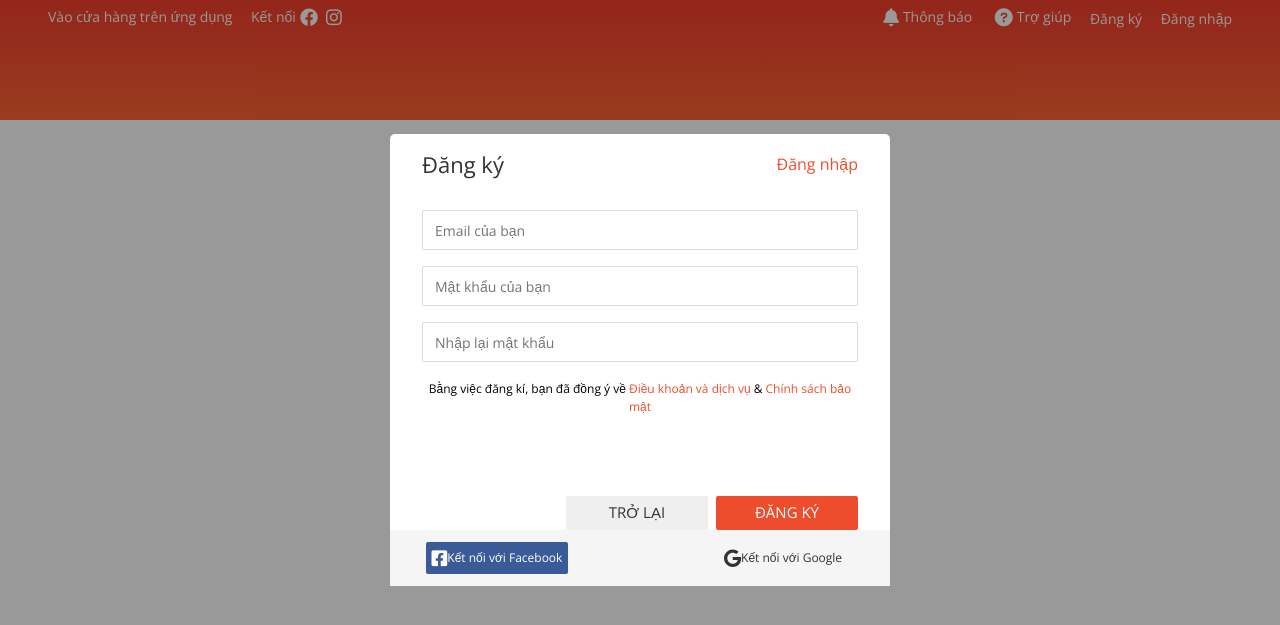
Repository: trongtamdev/Clone-Shopee-Page
Page: index.html
These files come from the project's save history. The page is drawn as it stood at one moment and after the next save; the edit follows.
The browser window is 1280 px wide. The pictures show the whole page.

Above is the page before, as saved 2022-07-08 22:14:19.

After the next save:
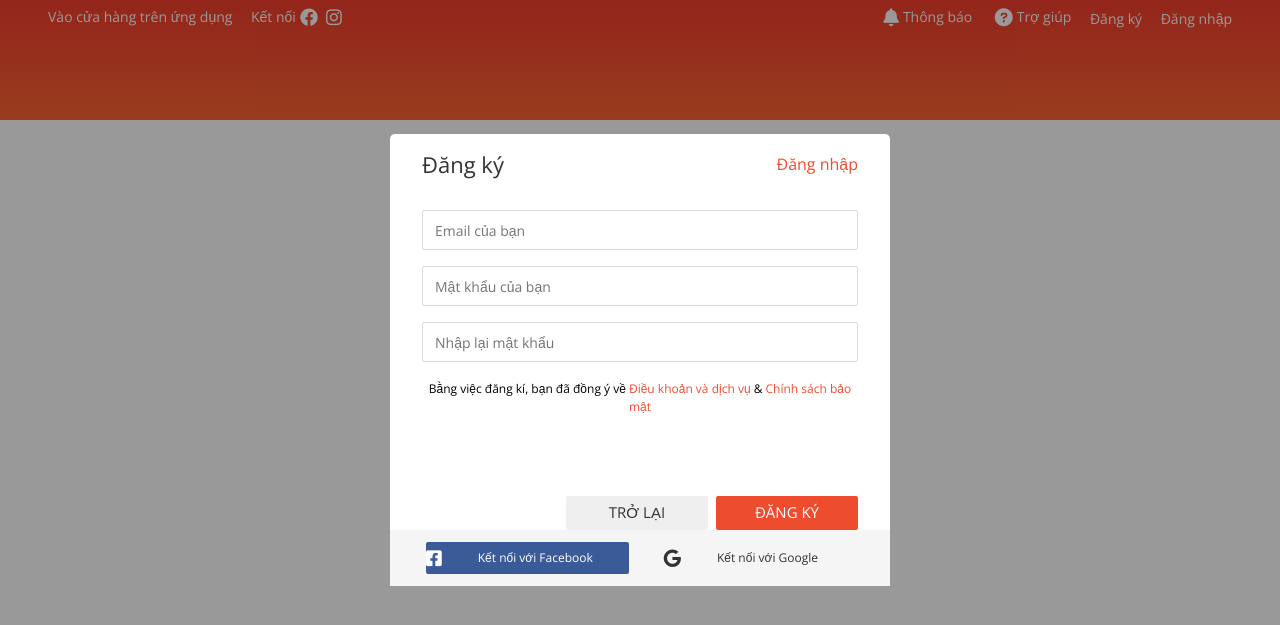
Saved 46 s later.
--- a/assets/css/main.css
+++ b/assets/css/main.css
@@ -209,3 +209,7 @@
 .auth-form__socials-icon {
     color: var(--white-color);
 }
+
+.auth-form__socials-title {
+    margin: 0 36px;
+}
